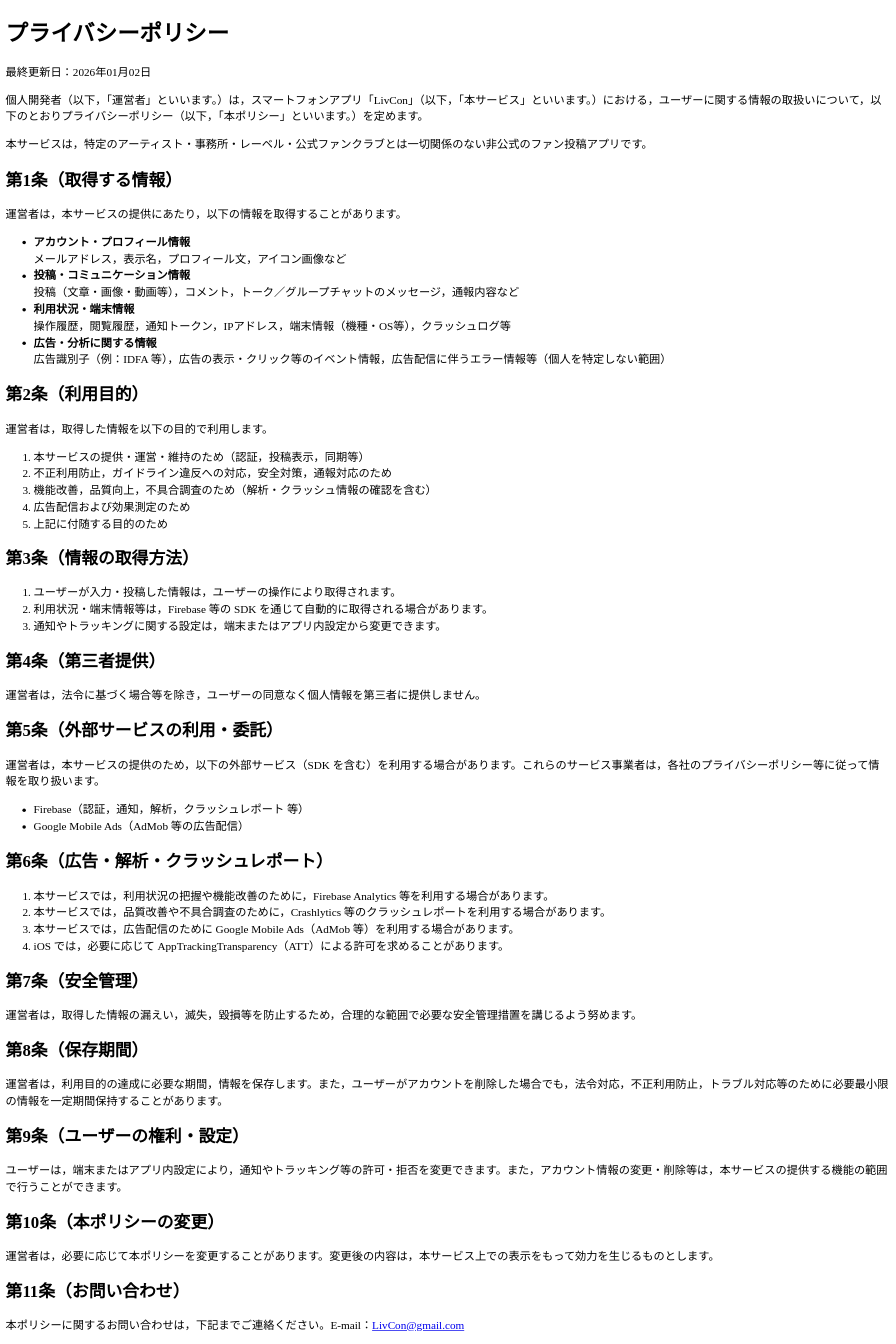
Repository: yuukiyokoyama/LivCon
Page: privacy.html
An editor plug-in stored every save of this project. The page is shown before and after the next save, followed by the edit.
The browser window is 1280 px wide. The pictures show the whole page, at 70% of full size.

Above is the page before, as saved 2026-01-08 22:38:39.

### privacy.html
<!doctype html>
<html lang="ja">
<head>
  <meta charset="UTF-8">
  <title>プライバシーポリシー | LivCon</title>
</head>
<body>
<h1>プライバシーポリシー</h1>
<p>最終更新日：2026年01月02日</p>
<p>個人開発者（以下，「運営者」といいます。）は，スマートフォンアプリ「LivCon」（以下，「本サービス」といいます。）における，ユーザーに関する情報の取扱いについて，以下のとおりプライバシーポリシー（以下，「本ポリシー」といいます。）を定めます。</p>
<p>本サービスは，特定のアーティスト・事務所・レーベル・公式ファンクラブとは一切関係のない非公式のファン投稿アプリです。</p>

<h2>第1条（取得する情報）</h2>
<p>運営者は，本サービスの提供にあたり，以下の情報を取得することがあります。</p>
<ul>
  <li><strong>アカウント・プロフィール情報</strong><br>メールアドレス，表示名，プロフィール文，アイコン画像など</li>
  <li><strong>投稿・コミュニケーション情報</strong><br>投稿（文章・画像・動画等），コメント，トーク／グループチャットのメッセージ，通報内容など</li>
  <li><strong>利用状況・端末情報</strong><br>操作履歴，閲覧履歴，通知トークン，IPアドレス，端末情報（機種・OS等），クラッシュログ等</li>
  <li><strong>広告・分析に関する情報</strong><br>広告識別子（例：IDFA 等），広告の表示・クリック等のイベント情報，広告配信に伴うエラー情報等（個人を特定しない範囲）</li>
</ul>

<h2>第2条（利用目的）</h2>
<p>運営者は，取得した情報を以下の目的で利用します。</p>
<ol>
  <li>本サービスの提供・運営・維持のため（認証，投稿表示，同期等）</li>
  <li>不正利用防止，ガイドライン違反への対応，安全対策，通報対応のため</li>
  <li>機能改善，品質向上，不具合調査のため（解析・クラッシュ情報の確認を含む）</li>
  <li>広告配信および効果測定のため</li>
  <li>上記に付随する目的のため</li>
</ol>

<h2>第3条（情報の取得方法）</h2>
<ol>
  <li>ユーザーが入力・投稿した情報は，ユーザーの操作により取得されます。</li>
  <li>利用状況・端末情報等は，Firebase 等の SDK を通じて自動的に取得される場合があります。</li>
  <li>通知やトラッキングに関する設定は，端末またはアプリ内設定から変更できます。</li>
</ol>

<h2>第4条（第三者提供）</h2>
<p>運営者は，法令に基づく場合等を除き，ユーザーの同意なく個人情報を第三者に提供しません。</p>

<h2>第5条（外部サービスの利用・委託）</h2>
<p>運営者は，本サービスの提供のため，以下の外部サービス（SDK を含む）を利用する場合があります。これらのサービス事業者は，各社のプライバシーポリシー等に従って情報を取り扱います。</p>
<ul>
  <li>Firebase（認証，通知，解析，クラッシュレポート 等）</li>
  <li>Google Mobile Ads（AdMob 等の広告配信）</li>
</ul>

<h2>第6条（広告・解析・クラッシュレポート）</h2>
<ol>
  <li>本サービスでは，利用状況の把握や機能改善のために，Firebase Analytics 等を利用する場合があります。</li>
  <li>本サービスでは，品質改善や不具合調査のために，Crashlytics 等のクラッシュレポートを利用する場合があります。</li>
  <li>本サービスでは，広告配信のために Google Mobile Ads（AdMob 等）を利用する場合があります。</li>
  <li>iOS では，必要に応じて AppTrackingTransparency（ATT）による許可を求めることがあります。</li>
</ol>

<h2>第7条（安全管理）</h2>
<p>運営者は，取得した情報の漏えい，滅失，毀損等を防止するため，合理的な範囲で必要な安全管理措置を講じるよう努めます。</p>

<h2>第8条（保存期間）</h2>
<p>運営者は，利用目的の達成に必要な期間，情報を保存します。また，ユーザーがアカウントを削除した場合でも，法令対応，不正利用防止，トラブル対応等のために必要最小限の情報を一定期間保持することがあります。</p>

<h2>第9条（ユーザーの権利・設定）</h2>
<p>ユーザーは，端末またはアプリ内設定により，通知やトラッキング等の許可・拒否を変更できます。また，アカウント情報の変更・削除等は，本サービスの提供する機能の範囲で行うことができます。</p>

<h2>第10条（本ポリシーの変更）</h2>
<p>運営者は，必要に応じて本ポリシーを変更することがあります。変更後の内容は，本サービス上での表示をもって効力を生じるものとします。</p>

<h2>第11条（お問い合わせ）</h2>
<p>本ポリシーに関するお問い合わせは，下記までご連絡ください。E-mail：<a href="mailto:LivCon@gmail.com">LivCon@gmail.com</a></p>
</body>
</html>

After the next save:
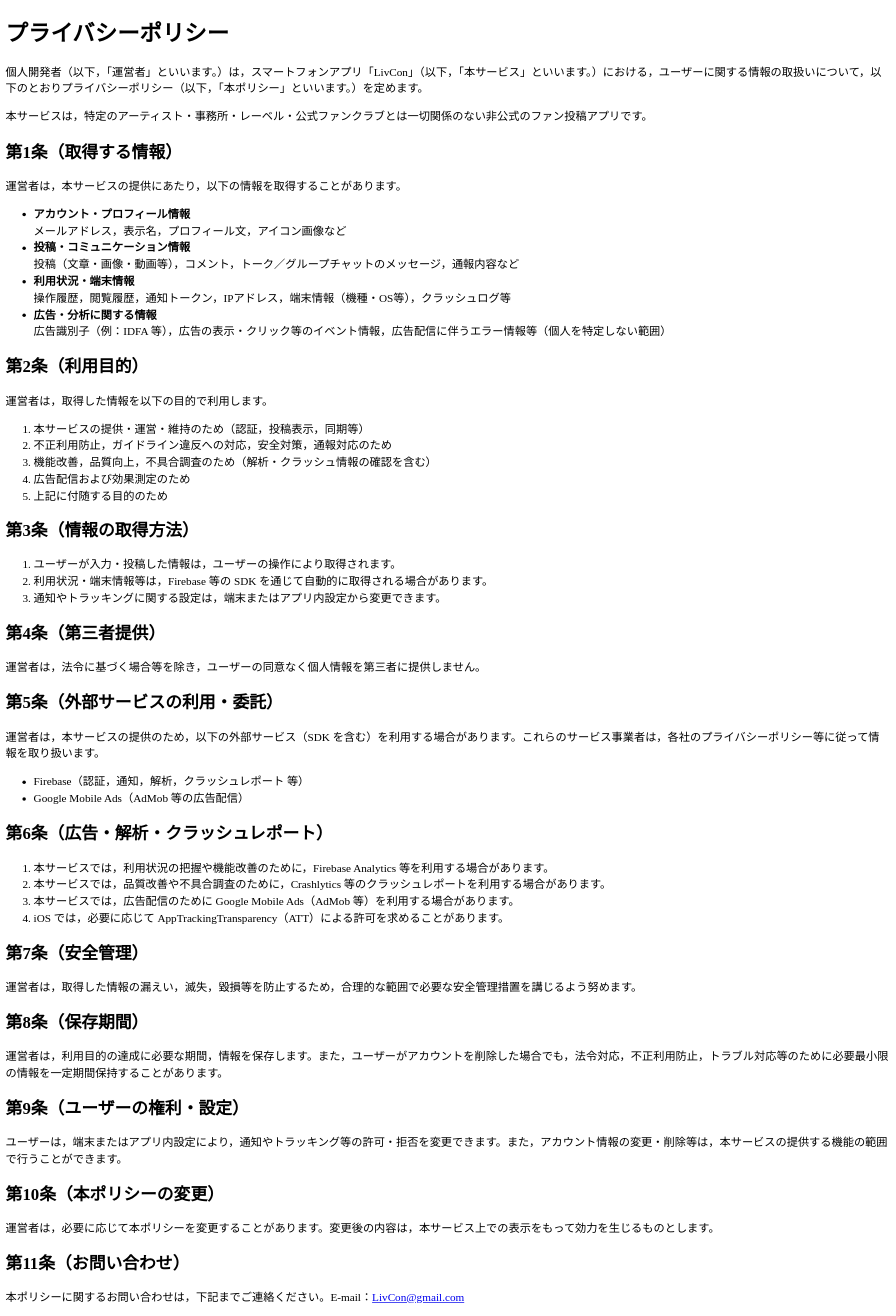
Saved 5 s later.
--- a/privacy.html
+++ b/privacy.html
@@ -6,7 +6,6 @@
 </head>
 <body>
 <h1>プライバシーポリシー</h1>
-<p>最終更新日：2026年01月02日</p>
 <p>個人開発者（以下，「運営者」といいます。）は，スマートフォンアプリ「LivCon」（以下，「本サービス」といいます。）における，ユーザーに関する情報の取扱いについて，以下のとおりプライバシーポリシー（以下，「本ポリシー」といいます。）を定めます。</p>
 <p>本サービスは，特定のアーティスト・事務所・レーベル・公式ファンクラブとは一切関係のない非公式のファン投稿アプリです。</p>
 
